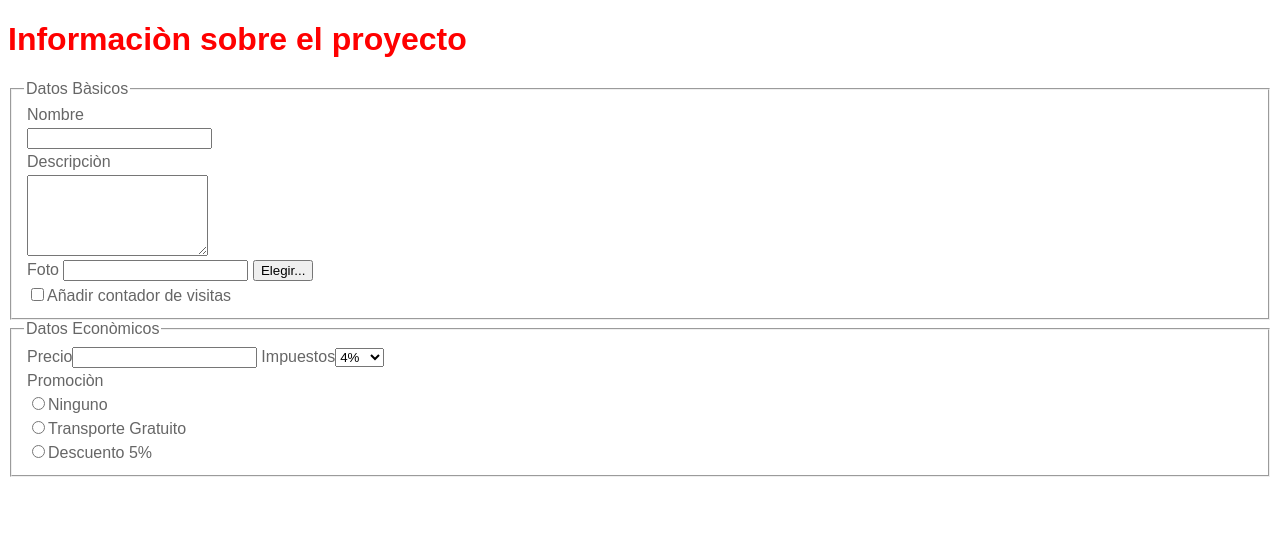
Repository: hoscanoa/Clases-LPII
Page: LPIISemana01/LPII-Semana01/WebContent/inicio.html
The author's editor kept a copy of each file at every save. The page is drawn from the files as they stood at one save, then again after the next save.
The browser window is 1280 px wide. The pictures show the whole page.

Above is the page before, as saved 2014-09-18 22:32:35.

### LPIISemana01/LPII-Semana01/WebContent/inicio.html
<!DOCTYPE html PUBLIC "-//W3C//DTD HTML 4.01 Transitional//EN" "http://www.w3.org/TR/html4/loose.dtd">
<html>
<head>
<meta http-equiv="Content-Type" content="text/html; charset=ISO-8859-1">
<link rel="stylesheet" type="text/css" href="style/estilo.css">


<title>Insert title here</title>
</head>
<body>
	<h1>Informaciòn sobre el proyecto</h1>
	<form action="">
		<fieldset>
			<legend>Datos Bàsicos</legend>
			<table>
				<tr>
					<td>Nombre</td>
				</tr>
				<tr>
					<td colspan="2"><input type="text" name="nombre"></td>
				</tr>
				<tr>
					<td>Descripciòn</td>
				</tr>
				<tr>
					<td colspan="2"><textarea rows="5"></textarea>
					</td>
				</tr>

				<tr>
					<td>Foto <input type="text" name="descripcion"> <input
						type="button" value="Elegir..."></td>
				</tr>
				<tr>
					<td><input type="checkbox">Añadir contador de visitas
					</td>
				</tr>
			</table>
		</fieldset>
		<fieldset>
			<legend>Datos Econòmicos</legend>
			<table>
				<tr>
					<td>Precio<input type="text"></td>
					<td>Impuestos<select>
							<option>4%</option>
							<option>7%</option>
							<option>16%</option>
							<option>25%</option>
					</select></td>
				</tr>
				<tr>
					<td>Promociòn</td>
				</tr>
				<tr>
					<td><input type="radio">Ninguno</td>
				</tr>
				<tr>
					<td><input type="radio">Transporte Gratuito</td>
				</tr>
				<tr>
					<td><input type="radio">Descuento 5%</td>
				</tr>
			</table>
		</fieldset>
	</form>

</body>
</html>

### LPIISemana01/LPII-Semana01/WebContent/style/estilo.css
@CHARSET "ISO-8859-1";

body {
	color: #666;
	font-family: Arial, Verdana, Helvetica;
}

h1 {
	color: red;
}

.etiqueta {
	color: blue;
}

After the next save:
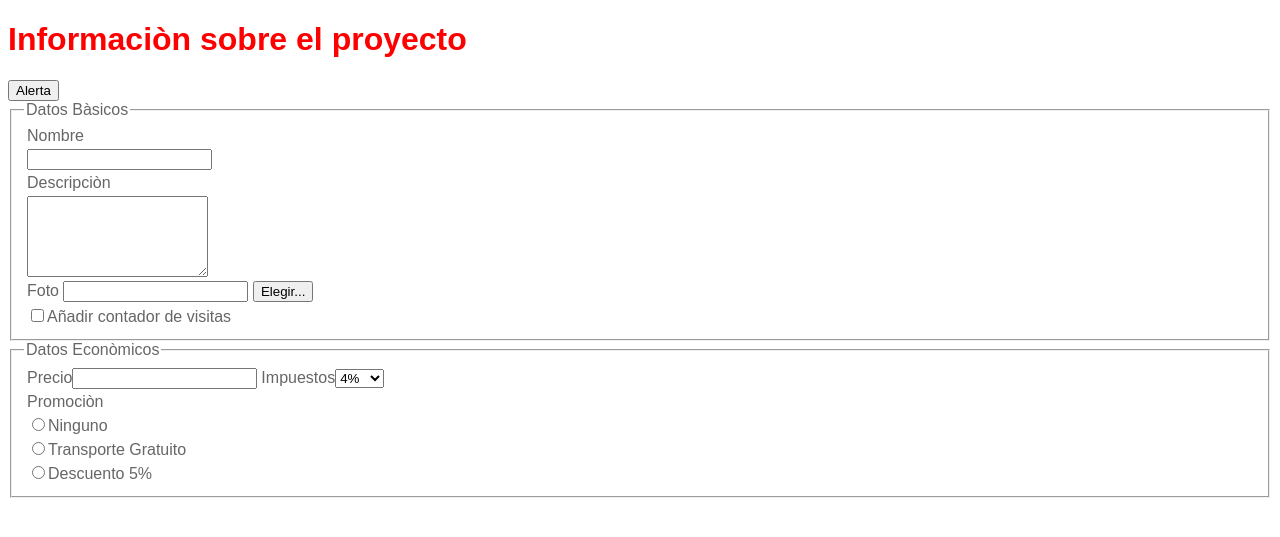
Saved 98 s later.
--- a/LPIISemana01/LPII-Semana01/WebContent/inicio.html
+++ b/LPIISemana01/LPII-Semana01/WebContent/inicio.html
@@ -3,12 +3,19 @@
 <head>
 <meta http-equiv="Content-Type" content="text/html; charset=ISO-8859-1">
 <link rel="stylesheet" type="text/css" href="style/estilo.css">
+<script type="text/javascript">
+	function mostrarAlerta() {
+		alert("Hola!!!! :P");
+	}
+</script>
+
 
 
 <title>Insert title here</title>
 </head>
 <body>
 	<h1>Informaciòn sobre el proyecto</h1>
+	<input type="button" value="Alerta" onclick="mostraAlerta()">
 	<form action="">
 		<fieldset>
 			<legend>Datos Bàsicos</legend>
